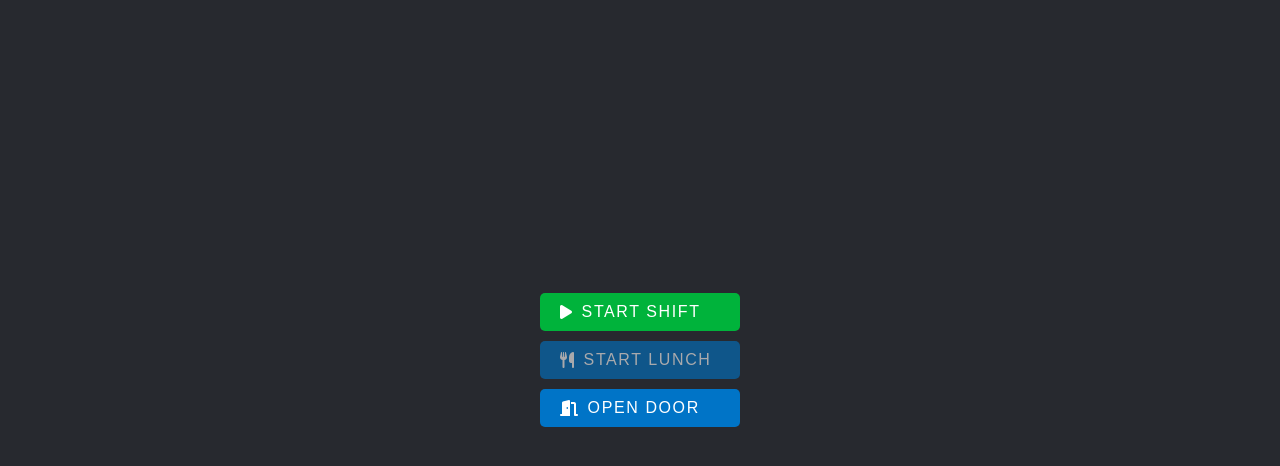
Repository: Philip-Rogers/button-state
Page: experiment.html
These files come from the project's save history. The page is drawn as it stood at one moment and after a run of saves; the edit follows.
The browser window is 1280 px wide. The pictures show the whole page.

Above is the page before, as saved 2024-08-14 16:14:57.

### experiment.html
<!DOCTYPE html>
<html lang="en">

<head>
    <meta charset="UTF-8">
    <meta name="viewport" content="width=device-width, initial-scale=1.0">
    <title>Shift and Lunch Toggle Buttons</title>
    <link rel="stylesheet" href="index.css">
    <link rel="stylesheet" href="https://cdnjs.cloudflare.com/ajax/libs/font-awesome/6.5.1/css/all.min.css"
        integrity="sha512-DTOQO9RWCH3ppGqcWaEA1BIZOC6xxalwEsw9c2QQeAIftl+Vegovlnee1c9QX4TctnWMn13TZye+giMm8e2LwA=="
        crossorigin="anonymous" referrerpolicy="no-referrer" />
</head>

<body>

    <!-- Container to hold all buttons -->
    <div class="button-container">
        <!-- Shift Button -->
        <button id="shiftButton" class="toggle-button" onclick="toggleShift()">
            <i class="fa fa-play"></i> Start Shift
        </button>

        <!-- Lunch Button -->
        <button id="lunchButton" class="toggle-button" onclick="toggleLunch()" disabled>
            <i class="fa fa-utensils"></i> Start Lunch
        </button>

        <!-- Open Door Button -->
        <button id="openDoorButton" class="toggle-button" onclick="toggleOpenDoor()">
            <i class="fa fa-door-open"></i> Open Door
        </button>
    </div>

    <script>
        let shiftState = 'start'; // Tracks the state of the Shift button
        let lunchState = 'start'; // Tracks the state of the Lunch button
        let doorState = 'closed'; // Tracks the state of the Open Door button

        // Function to toggle the Shift button text and color
        function toggleShift() {
            const shiftButton = document.getElementById('shiftButton');
            const lunchButton = document.getElementById('lunchButton');

            if (shiftState === 'start') {
                shiftButton.innerHTML = '<i class="fa fa-stop"></i> Stop Shift';
                shiftButton.style.backgroundColor = 'hsl(354, 70%, 54%)'; // Red for Stop Shift
                shiftState = 'stop';
                lunchButton.disabled = false; // Enable the Lunch button when Shift is started
            } else {
                // Revert all buttons to their default state
                shiftButton.innerHTML = '<i class="fa fa-play"></i> Start Shift';
                shiftButton.style.backgroundColor = 'hsl(140, 100%, 35%)'; // Green for Start Shift
                shiftState = 'start';
                lunchButton.disabled = true; // Disable the Lunch button when Shift is stopped
                lunchButton.innerHTML = '<i class="fa fa-utensils"></i> Start Lunch'; // Reset Lunch button text
                lunchButton.style.backgroundColor = 'hsl(205, 100%, 39%)'; // Reset Lunch button color
                lunchState = 'start'; // Reset Lunch button state

                // Reset Open Door button
                resetOpenDoor();
            }
        }

        // Function to toggle the Lunch button text and color
        function toggleLunch() {
            const shiftButton = document.getElementById('shiftButton');
            const lunchButton = document.getElementById('lunchButton');

            if (lunchState === 'start') {
                lunchButton.innerHTML = '<i class="fa fa-stop"></i> Stop Lunch';
                lunchButton.style.backgroundColor = 'hsl(354, 70%, 54%)'; // Red for Stop Lunch

                if (shiftState === 'stop') {
                    shiftButton.style.backgroundColor =
                    'hsl(354, 70%, 44%)'; // Darkened red for Stop Shift when disabled
                    shiftButton.disabled = true; // Disable the Stop Shift button
                }

                lunchState = 'stop';
            } else {
                lunchButton.innerHTML = '<i class="fa fa-utensils"></i> Start Lunch';
                lunchButton.style.backgroundColor = 'hsl(205, 100%, 39%)'; // Blue for Start Lunch
                lunchButton.disabled = true; // Disable the Stop Lunch button

                if (shiftState === 'stop') {
                    shiftButton.style.backgroundColor = 'hsl(354, 70%, 54%)'; // Restore the red color for Stop Shift
                    shiftButton.disabled = false; // Re-enable the Stop Shift button
                }

                lunchState = 'start';
            }
        }

        // Function to toggle the Open Door button text and color
        function toggleOpenDoor() {
            const openDoorButton = document.getElementById('openDoorButton');

            if (doorState === 'closed') {
                openDoorButton.innerHTML = '<i class="fa fa-door-closed"></i> Close Door';
                openDoorButton.style.backgroundColor = 'hsl(354, 70%, 54%)'; // Red for Door Opened
                doorState = 'open';
            } else {
                resetOpenDoor();
            }
        }

        // Function to reset the Open Door button to its default state
        function resetOpenDoor() {
            const openDoorButton = document.getElementById('openDoorButton');
            openDoorButton.innerHTML = '<i class="fa fa-door-open"></i> Open Door';
            openDoorButton.style.backgroundColor = 'hsl(205, 100%, 39%)'; // Blue for Door Closed
            doorState = 'closed';
        }
    </script>

</body>

</html>

### index.css
body {
    background-color: hsl(225, 9%, 17%);
    margin: auto;
    display: flex;
    justify-content: center;
    align-items: center;
    height: 100vh;
    margin: 0;
}

button {
    font-size: 1.25em;
    display: block;
    border-radius: 5px;
    /* background-color: hsl(205, 100%, 39%); */
    background-color: hsl(140, 100%, 35%);
    /* Green for Start Shift */
    color: hsl(354, 70%, 100%);
    padding: 1em 1.25em;
    width: 300px;
    cursor: pointer;
    border: none;
    text-transform: uppercase;
    letter-spacing: 0.1em;
    transition: all .2s ease-in-out;
    /* -webkit-box-reflect: below 10px linear-gradient(transparent, transparent, #0004); */
}


#shiftButton i {
    margin-right: 8px;
}

#shiftButton.stopShift {
    background-color: hsl(354, 70%, 54%);
    /* Red for Stop Shift */
}






/* Container for the buttons to ensure they stack vertically */
.button-container {
    display: flex;
    flex-direction: column;
    align-items: flex-start;
    /* Align buttons to the start of the container */
    gap: 10px;
    /* Space between the buttons */
}

/* Style for the toggle buttons */
.toggle-button {
    color: white;
    background-color: hsl(140, 100%, 35%);
    /* Default green for Start Shift */
    border: none;
    padding: 10px 20px;
    font-size: 16px;
    cursor: pointer;
    display: flex;
    align-items: center;
    width: 200px;
    /* Fixed width for consistency */
}

#lunchButton,
#openDoorButton,
#roamingOptionsButton {
    background-color: hsl(205, 100%, 39%);
    /* Default blue color for Start Lunch, Open Door, and Roaming Options */
}

.toggle-button i {
    margin-right: 8px;
}

.toggle-button:disabled {
    cursor: not-allowed;
    opacity: 0.6;
}

After the next 2 saves:
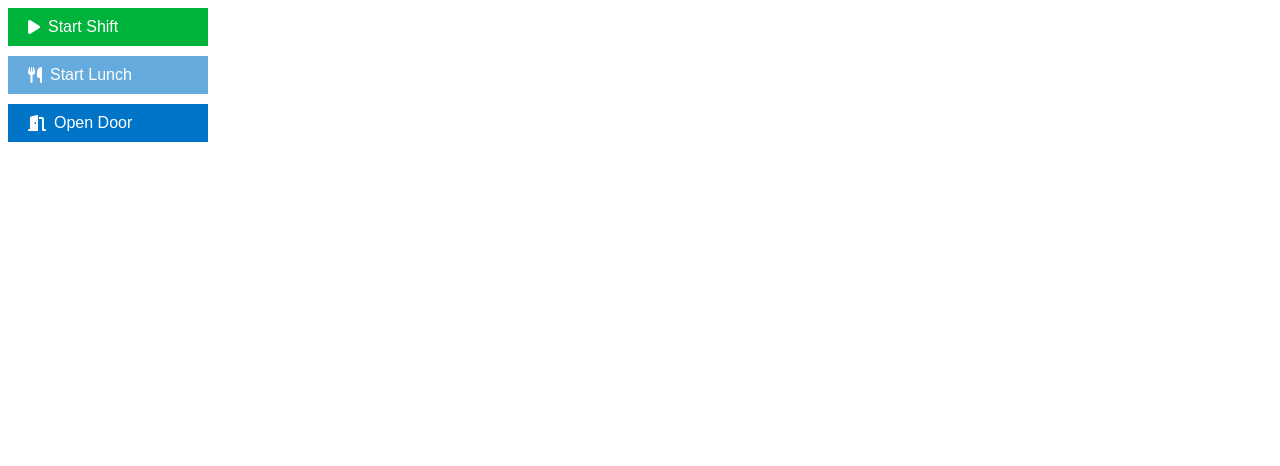
The 2 saves are shown as one change because they came seconds apart.
The last was saved 15 s later.
--- a/index.css
+++ b/index.css
@@ -1,46 +1,3 @@
-body {
-    background-color: hsl(225, 9%, 17%);
-    margin: auto;
-    display: flex;
-    justify-content: center;
-    align-items: center;
-    height: 100vh;
-    margin: 0;
-}
-
-button {
-    font-size: 1.25em;
-    display: block;
-    border-radius: 5px;
-    /* background-color: hsl(205, 100%, 39%); */
-    background-color: hsl(140, 100%, 35%);
-    /* Green for Start Shift */
-    color: hsl(354, 70%, 100%);
-    padding: 1em 1.25em;
-    width: 300px;
-    cursor: pointer;
-    border: none;
-    text-transform: uppercase;
-    letter-spacing: 0.1em;
-    transition: all .2s ease-in-out;
-    /* -webkit-box-reflect: below 10px linear-gradient(transparent, transparent, #0004); */
-}
-
-
-#shiftButton i {
-    margin-right: 8px;
-}
-
-#shiftButton.stopShift {
-    background-color: hsl(354, 70%, 54%);
-    /* Red for Stop Shift */
-}
-
-
-
-
-
-
 /* Container for the buttons to ensure they stack vertically */
 .button-container {
     display: flex;
@@ -67,10 +24,9 @@ button {
 }
 
 #lunchButton,
-#openDoorButton,
-#roamingOptionsButton {
+#openDoorButton {
     background-color: hsl(205, 100%, 39%);
-    /* Default blue color for Start Lunch, Open Door, and Roaming Options */
+    /* Default blue color for Start Lunch and Open Door */
 }
 
 .toggle-button i {
